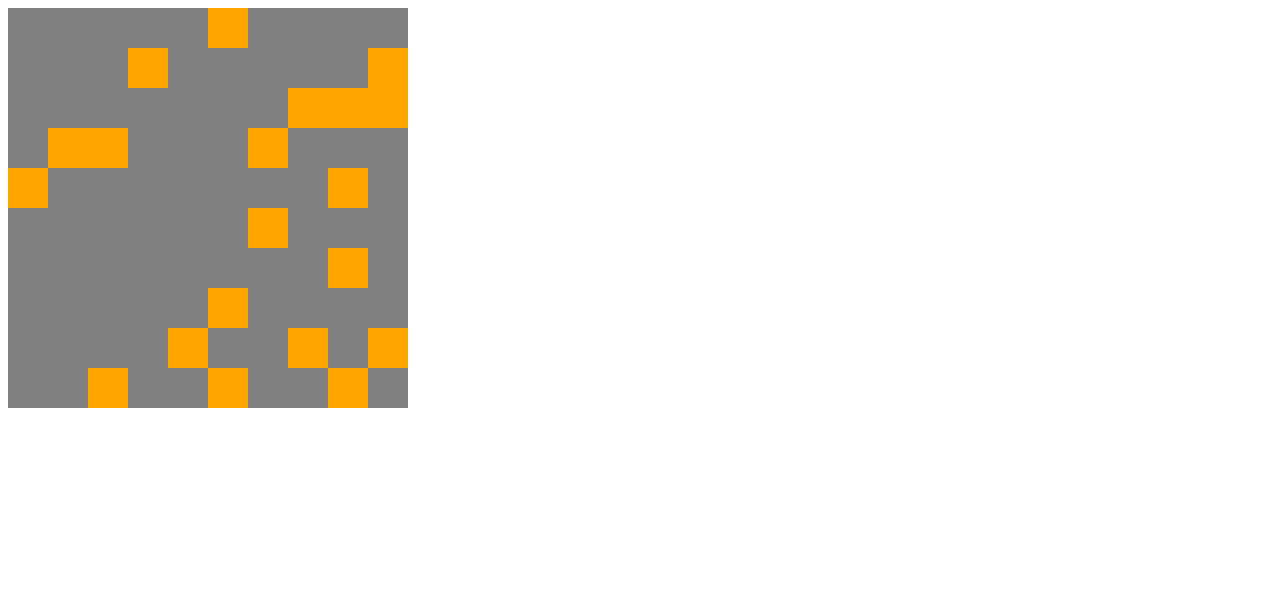
Repository: issaRan/MineSweeper
Page: html/index.html
An editor plug-in stored every save of this project. The page is shown before and after the next save, followed by the edit.
The browser window is 1280 px wide. The pictures show the whole page.

Above is the page before, as saved 2020-10-23 15:36:31.

### html/index.html
<!DOCTYPE html>
<html lang="en">
<head>
    <meta charset="UTF-8">
    <meta name="viewport" content="width=device-width, initial-scale=1.0">
    <title>MineSweeper</title>
    <link rel="stylesheet" href="../css/styles.css">
    <script src="../js/index.js" charset="utf-8"></script>
</head>
<body>
  <div class="grid"></div>
</body>
</html>

### css/styles.css
.grid {
    text-align: center;
    height: 400px;
    width: 400px;
    display: flex;
    flex-wrap: wrap;
    background-color: grey;
}
.grid div {
    height: 40px;
    width: 40px ;
}

.bomb {
    background-color: orange;
}
.checked{
    background-color: red;
}

### js/index.js
document.addEventListener('DOMContentLoaded',()=>{
    const grid = document.querySelector('.grid')
    let width = 10
    let flag = 0
    let squares = []
    let isGameOver = false
    let bombAamount = 20
    function createBoard(){
        const bombArray = Array(bombAamount).fill('bomb')
        const emptyArray = Array(width*width - bombAamount).fill('valid')
        const gameArray = emptyArray.concat(bombArray)
        const shuffledArray = gameArray.sort(()=> Math.random() -0.5)
        for(let i = 0; i < width*width;i++){
            const sqaure = document.createElement('div')
            sqaure.setAttribute('id',i)
            sqaure.classList.add(shuffledArray[i])
            grid.appendChild(sqaure)
            squares.push(sqaure)
            sqaure.addEventListener('click',(e)=>{
                click(sqaure)
            })
            sqaure.oncontextmenu = function(e){
                e.preventDefault()
                addFlag(sqaure)
            }
        }
        for (let i = 0; i < squares.length; i++) {
            let total = 0
            const isLeftEdge = (i % width === 0)
            const isRightEdge = (i % width === width -1)

            if (squares[i].classList.contains('valid')) {
              if (i > 0 && !isLeftEdge && squares[i -1].classList.contains('bomb')) total ++
              if (i > 9 && !isRightEdge && squares[i + 1 -width].classList.contains('bomb')) total ++
              if (i > 10 && squares[i -width].classList.contains('bomb')) total ++
              if (i > 11 && !isLeftEdge && squares[i -1 -width].classList.contains('bomb')) total ++
              if (i < 98 && !isRightEdge && squares[i +1].classList.contains('bomb')) total ++
              if (i < 90 && !isLeftEdge && squares[i -1 +width].classList.contains('bomb')) total ++
              if (i < 88 && !isRightEdge && squares[i +1 +width].classList.contains('bomb')) total ++
              if (i < 89 && squares[i +width].classList.contains('bomb')) total ++
              squares[i].setAttribute('data', total)
            }
        }
    }
    createBoard()
    function click(square){
        let currentId = square.id
        if(isGameOver) return
        if(square.classList.contains('checked') || square.classList.contains('flag')){
            return
        }
        if(square.classList.contains('bomb')){
            gameOver(square)
        }else{
            let total = square.getAttribute('data')
            if(total != 0){
                square.classList.add('checked')
                square.innerHTML = total
                return
            }
            checkSquare(square,currentId)
        }
        square.classList.add('checked')

    }
    function checkSquare(square,currentId){
        const isLeftEdge = (currentId % width === 0)
        const isRightEdge = (currentId % width === width -1)
        setTimeout(()=>{
            if (currentId > 0 && !isLeftEdge) {
                const newId = squares[parseInt(currentId) -1].id
                //const newId = parseInt(currentId) - 1   ....refactor
                const newSquare = document.getElementById(newId)
                click(newSquare)
              }
              if (currentId > 9 && !isRightEdge) {
                const newId = squares[parseInt(currentId) +1 -width].id
                //const newId = parseInt(currentId) +1 -width   ....refactor
                const newSquare = document.getElementById(newId)
                click(newSquare)
              }
              if (currentId > 10) {
                const newId = squares[parseInt(currentId -width)].id
                const newSquare = document.getElementById(newId)
                click(newSquare)
              }
              if (currentId > 11 && !isLeftEdge) {
                const newId = squares[parseInt(currentId) -1 -width].id

                const newSquare = document.getElementById(newId)
                click(newSquare)
              }
              if (currentId < 98 && !isRightEdge) {
                const newId = squares[parseInt(currentId) +1].id
                const newSquare = document.getElementById(newId)
                click(newSquare)
              }
              if (currentId < 90 && !isLeftEdge) {
                const newId = squares[parseInt(currentId) -1 +width].id
                const newSquare = document.getElementById(newId)
                click(newSquare)
              }
              if (currentId < 88 && !isRightEdge) {
                const newId = squares[parseInt(currentId) +1 +width].id
                const newSquare = document.getElementById(newId)
                click(newSquare)
              }
              if (currentId < 89) {
                const newId = squares[parseInt(currentId) +width].id
                const newSquare = document.getElementById(newId)
                click(newSquare)
              }
        },10)
    }
    function gameOver(square){
        console.log("Boom !")
        isGameOver = true
        squares.forEach(square=> {
            if(square.classList.contains('bomb')){
                square.innerHTML = '💣'
            }
        })
    }
    function addFlag(square){
        if(isGameOver) return
        if(!square.classList.contains('checked') && (flag < bombAamount)) {
            if(!square.classList.contains('flag')){
                square.classList.add('flag')
                square.innerHTML = ' 🚩'
                checkForWin()
                flag++;
            }else{
                square.classList.remove('flag')
                square.innerHTML = ''
                flag--;
            }
        }
    }
    function checkForWin(){
        let matches = 0
        for(let i = 0; i < squares.length;i++){
            if(squares[i].classList.contains('flag') && squares[i].classList.contains('bomb')){
                matches++
            }
            if(matches == bombAamount){
                isGameOver = true
                console.log('You Win !')
            }
        }
    }
})

After the next save:
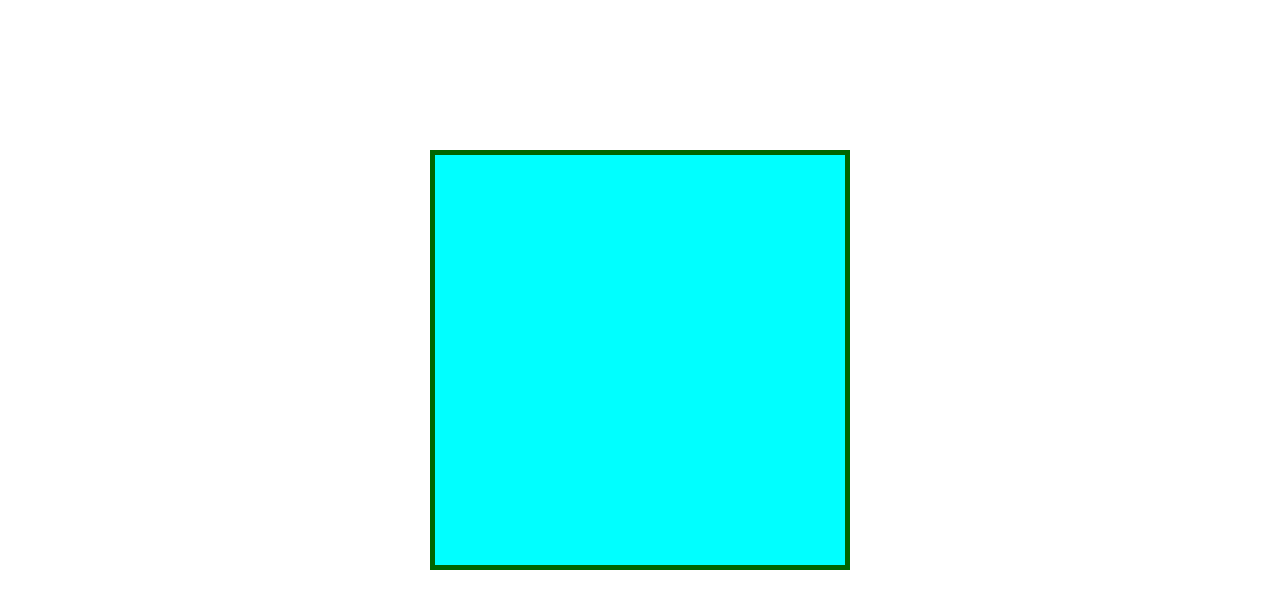
Saved 33 s later.
--- a/css/styles.css
+++ b/css/styles.css
@@ -5,6 +5,21 @@
     display: flex;
     flex-wrap: wrap;
     background-color: grey;
+    position: absolute;
+  top: 50%;
+  left: 50%;
+  transform: translate(-50%, -50%);
+  -webkit-transform: translate(-50%, -50%);
+  -moz-transform: translate(-50%, -50%);
+  -o-transform: translate(-50%, -50%);
+  -ms-transform: translate(-50%, -50%);
+
+  font-size: 20px;
+  background-color: cyan;
+  border: darkgreen 5px solid;
+  padding: 5px;
+  z-index: 100;
+}
 }
 .grid div {
     height: 40px;
